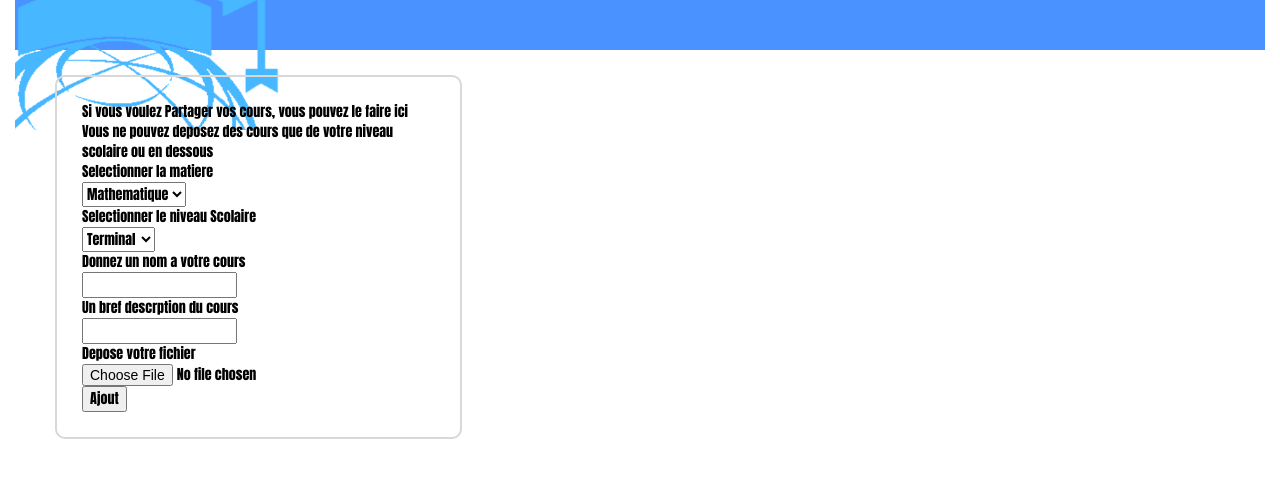
Repository: AntoAnt/WikiScolaire-
Page: http://localhost/InterfaceWikiScolair/WEB-INF/AjoutCours.jsp
An editor plug-in stored every save of this project. The page is shown before and after the next save, followed by the edit.
The browser window is 1280 px wide. The pictures show the whole page.
Some web fonts or font styles are not loaded; a fallback is used. The page is served by Tomcat 9. Nobody is signed in. The template is opened directly, without the code that normally fills it, so the values that code supplies are empty.

Above is the page before, as saved 2017-04-27 17:03:18.

After the next save:
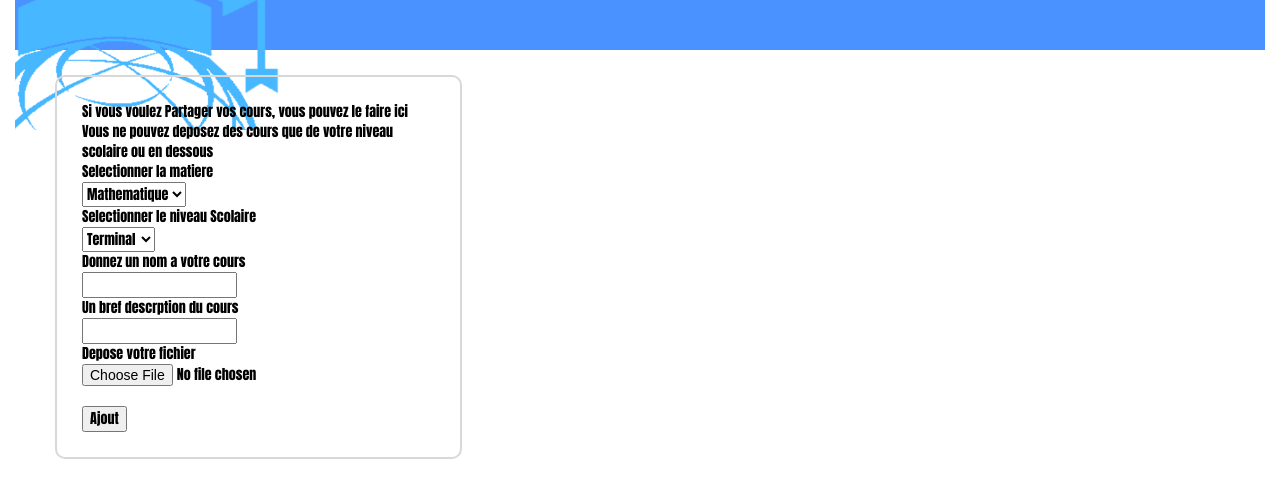
Saved 95 s later.
--- a/InterfaceWikiScolair/WebContent/WEB-INF/AjoutCours.jsp
+++ b/InterfaceWikiScolair/WebContent/WEB-INF/AjoutCours.jsp
@@ -31,10 +31,9 @@
                 <div class="col-xs-12 col-sm-12 col-lg-4 col-md-4 doc">
 				<form method="post" action="/InterfaceWikiScolair/ControleurPrincipal?idaction=Insert_cours">
 			<table>
-			<tr><td>Si vous voulez Partager vos cours, vous pouvez le faire ici</td></tr>
-			<tr><td>Vous ne pouvez deposez des cours que de votre niveau scolaire ou en dessous</td></tr>
-			<tr><td>  </td></tr>
-			<tr><td>Selectionner la matiere </td></tr>
+			<tr><td>Si vous voulez Partager vos cours, vous pouvez le faire ici</br></td></tr>
+			<tr><td>Vous ne pouvez deposez des cours que de votre niveau scolaire ou en dessous</br></td></tr>
+			<tr><td>Selectionner la matiere </br></td></tr>
 			<tr><td>
 				<select name="CHAMP_Cours_Matiere">
 					<option value ="MA">Mathematique</option>
@@ -46,22 +45,22 @@
 					<option value ="HI">Histoire</option>
 					<option value ="GE">Geographie</option>
 					<option value ="PH">Philosophie</option>
-				</select>
-			<tr><td> Selectionner le niveau Scolaire</td></tr>
+				</select></br>
+			<tr><td> Selectionner le niveau Scolaire </br></td></tr>
 			<tr><td>
 				<select name="CHAMP_Cours_Niveau">
 					<option value = "TE">Terminal</option>
 					<option value = "PR">Premiere</otpion>
 					<option value = "SE">Seconde</option>
-				</select>
+				</select></br>
 			</td></tr>
-			<tr><td>Donnez un nom a votre cours</td></tr>
-			<tr><td><input type="text" name="CHAMP_Cours_Nom"></td></tr>
-			<tr><td>Un bref descrption du cours</td></tr>
-			<tr><td><input type="text" name="CHAMP_Cours_Doc"></td></tr>
-			<tr><td>Depose votre fichier</td></tr>
-			<tr><td><input type="file" name="file_cours"></td></tr>
-			<tr><td><input type="submit" name="Ajout_cours" value="Ajout"></td></tr>
+			<tr><td>Donnez un nom a votre cours</br></td></tr>
+			<tr><td><input type="text" name="CHAMP_Cours_Nom"></br></td></tr>
+			<tr><td>Un bref descrption du cours</br></td></tr>
+			<tr><td><input type="text" name="CHAMP_Cours_Doc"></br></td></tr>
+			<tr><td>Depose votre fichier</br></td></tr>
+			<tr><td><input type="file" name="file_cours"></br></td></tr>
+			<tr><td><input type="submit" name="Ajout_cours" value="Ajout"></br></td></tr>
 	</table>
 </form>
 </div>
